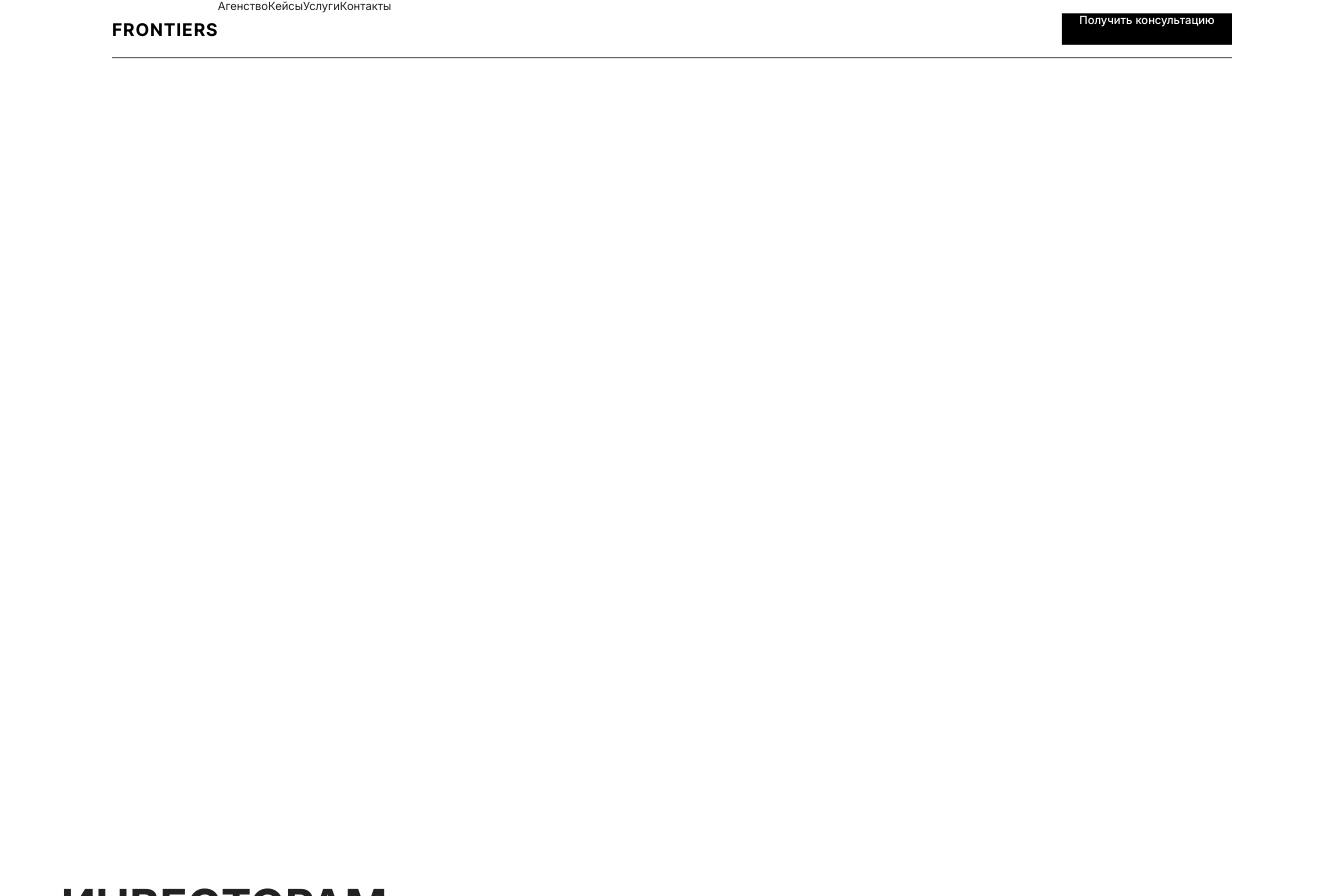
Repository: NadyaKorvin/frontiers
Page: /
An editor plug-in stored every save of this project. The page is shown before and after the next save, followed by the edit.
The browser window is 1280 px wide. The page is 1920 px wide, so the pictures cover 1920 px, including what lies to the right of the window. The pictures show the part of the page from y = 0 to 1280 px (the page is 1728 px tall), at 70% of full size.
The project was rebuilt for these pictures with package versions that can differ from the ones it lists, and the page was loaded fresh each time.

Above is the page before, as saved 2022-05-23 03:35:52.

After the next save:
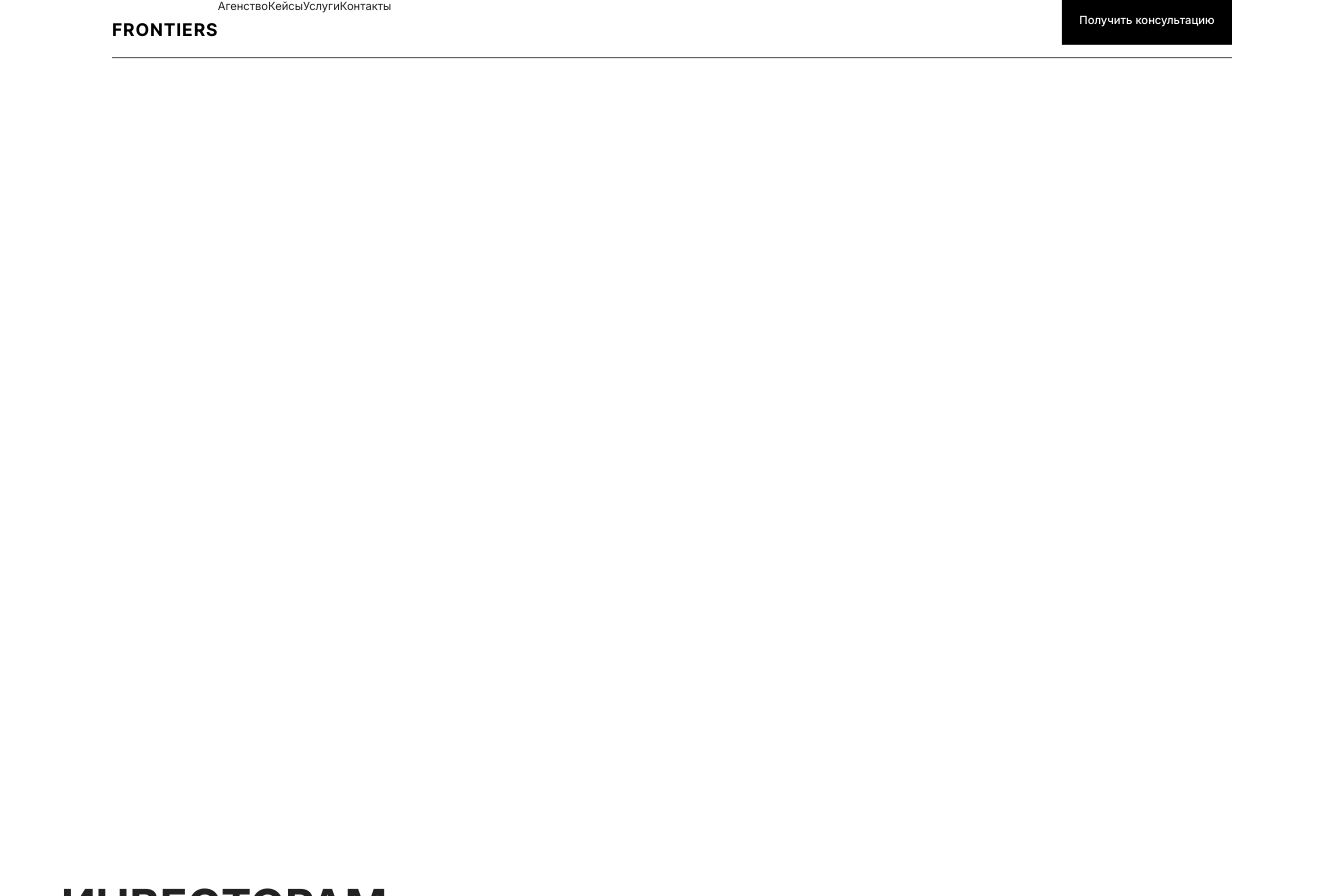
Saved 94 s later.
--- a/src/components/firstScreen/FirstScreen.module.css
+++ b/src/components/firstScreen/FirstScreen.module.css
@@ -35,7 +35,7 @@
   width: 243px;
   height: 45px;
   left: 1517px;
-  top: 19px;
+  padding-top: 19px;
 
   background: #000000;
 

After the save that followed:
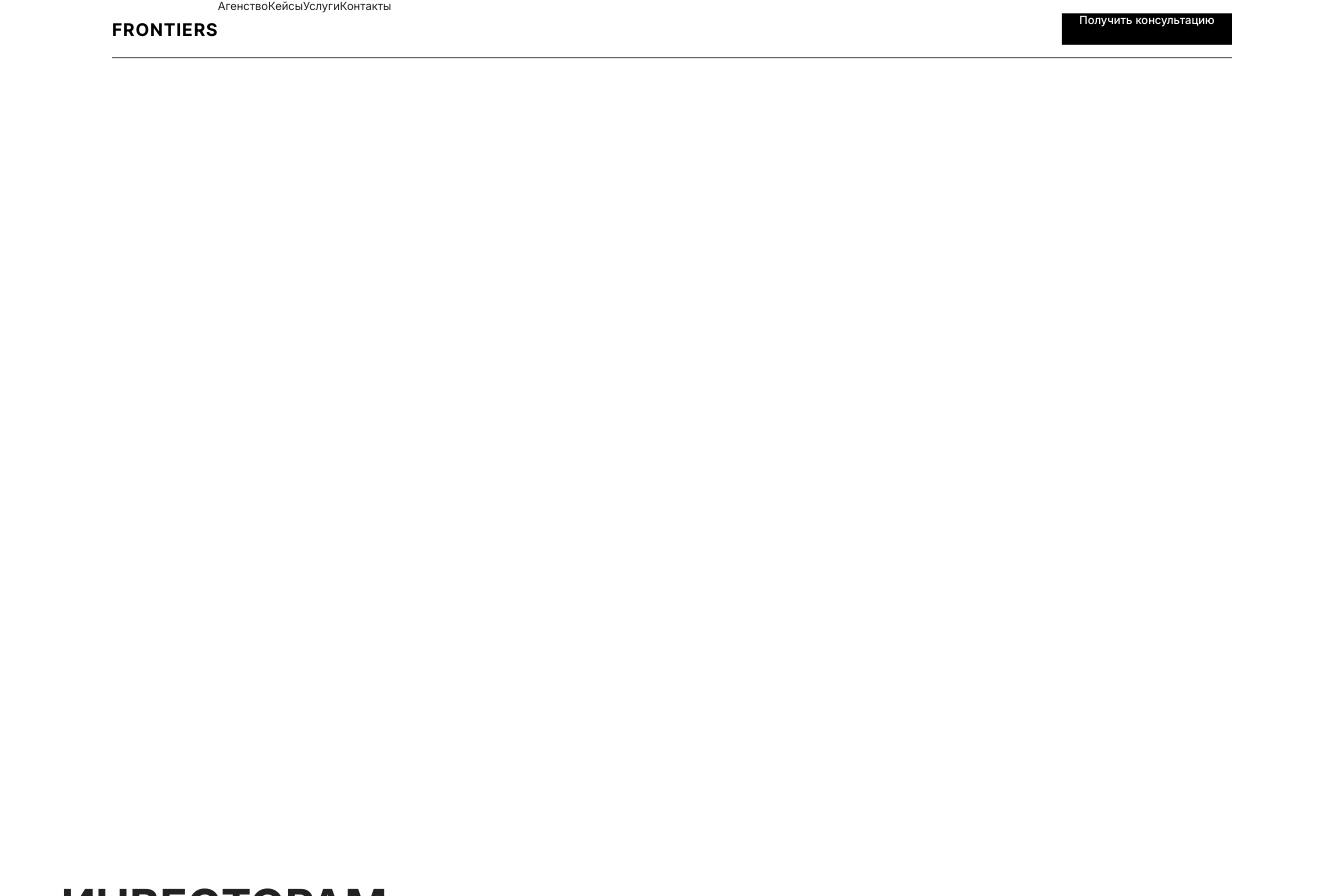
Saved 12 s later.
--- a/src/components/firstScreen/FirstScreen.module.css
+++ b/src/components/firstScreen/FirstScreen.module.css
@@ -35,7 +35,7 @@
   width: 243px;
   height: 45px;
   left: 1517px;
-  padding-top: 19px;
+  top: 19px;
 
   background: #000000;
 
